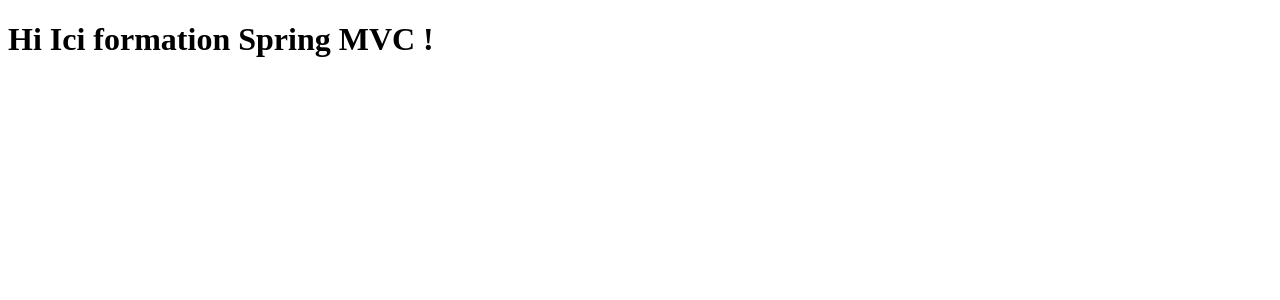
Repository: rahmi45/Spring-MVC
Page: http://localhost/Spring-MVC/
These files come from the project's save history. The page is drawn as it stood at one moment and after the next save; the edit follows.
The browser window is 1280 px wide. The pictures show the whole page.
The page is served by Tomcat 9.

Above is the page before, as saved 2022-01-13 21:33:22.

After the next save:
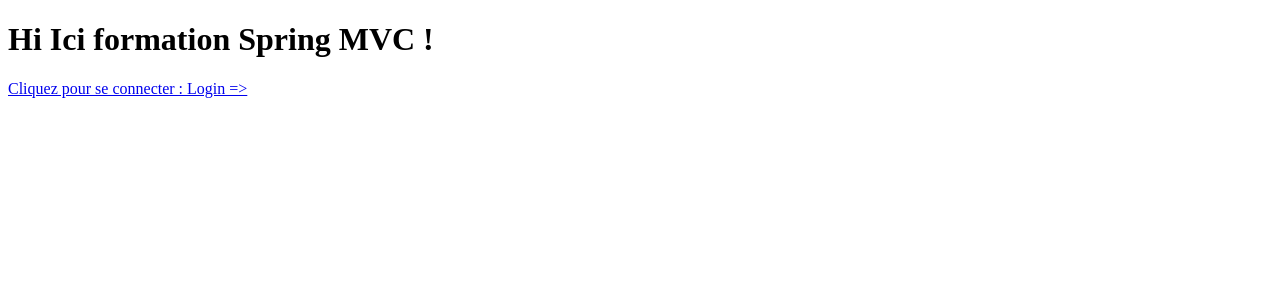
Saved 2 min 49 s later.
--- a/Spring-MVC/WebContent/WEB-INF/view/mainPage.jsp
+++ b/Spring-MVC/WebContent/WEB-INF/view/mainPage.jsp
@@ -8,5 +8,6 @@
 </head>
 <body>
 <h1>Hi Ici formation Spring MVC ! </h1>
+<a href="signIn">Cliquez pour se connecter : Login =></a>
 </body>
 </html>
